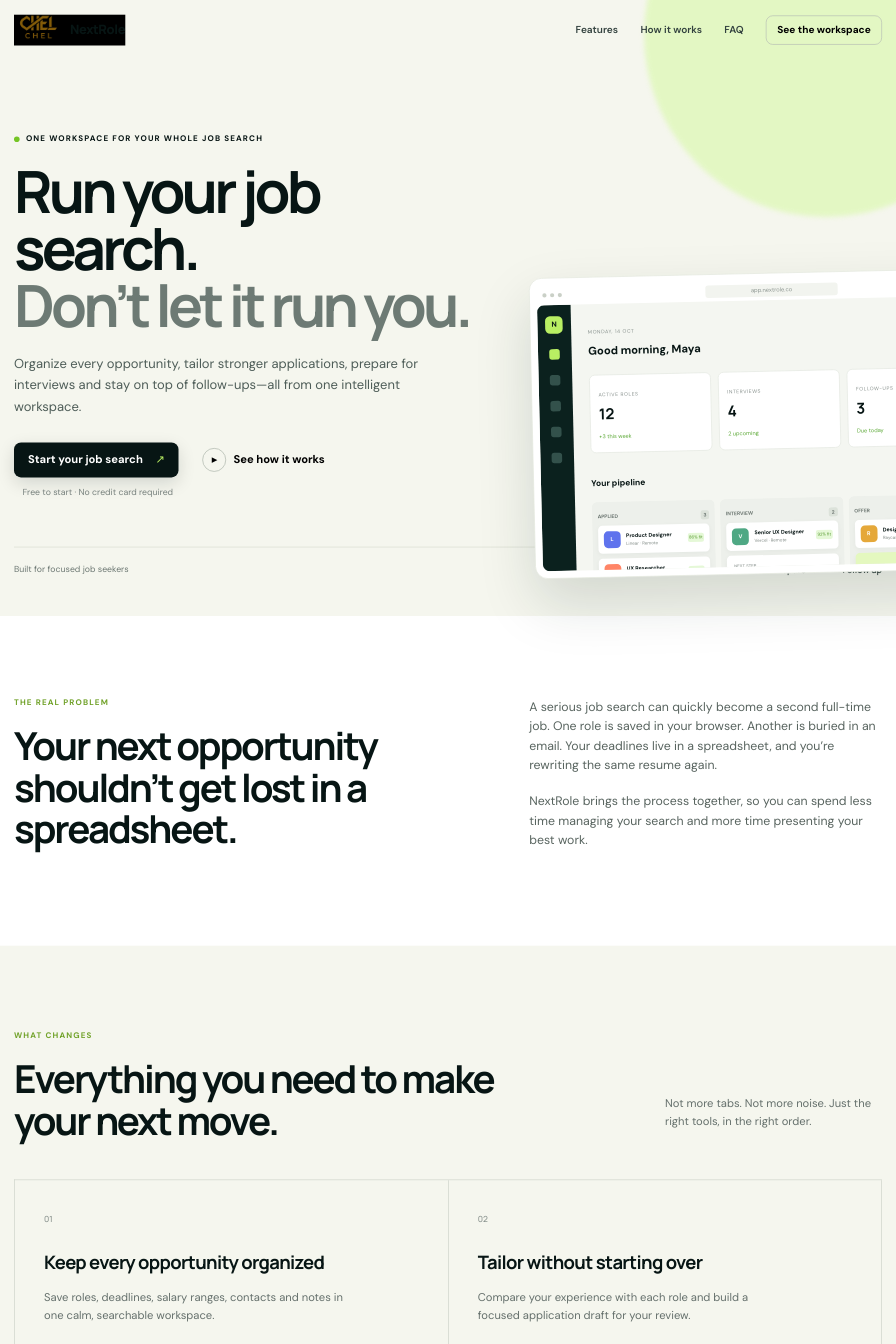
Repository: Lovethrech/NextRole-Nuxt-Portfolio
Page: /
These files come from the project's save history. The page is drawn as it stood at one moment and after the next save; the edit follows.
The browser window is 1280 px wide. The pictures show the part of the page from y = 0 to 1920 px (the page is 5240 px tall), at 70% of full size.
The project was rebuilt for these pictures with package versions that can differ from the ones it lists, and the page was loaded fresh each time. The framework's server and built-in components were replaced by stand-ins that run in the browser. Also part of the build but not shown: nuxt.config.js.

Above is the page before, as saved 2026-09-12 16:31:37.

After the next save:
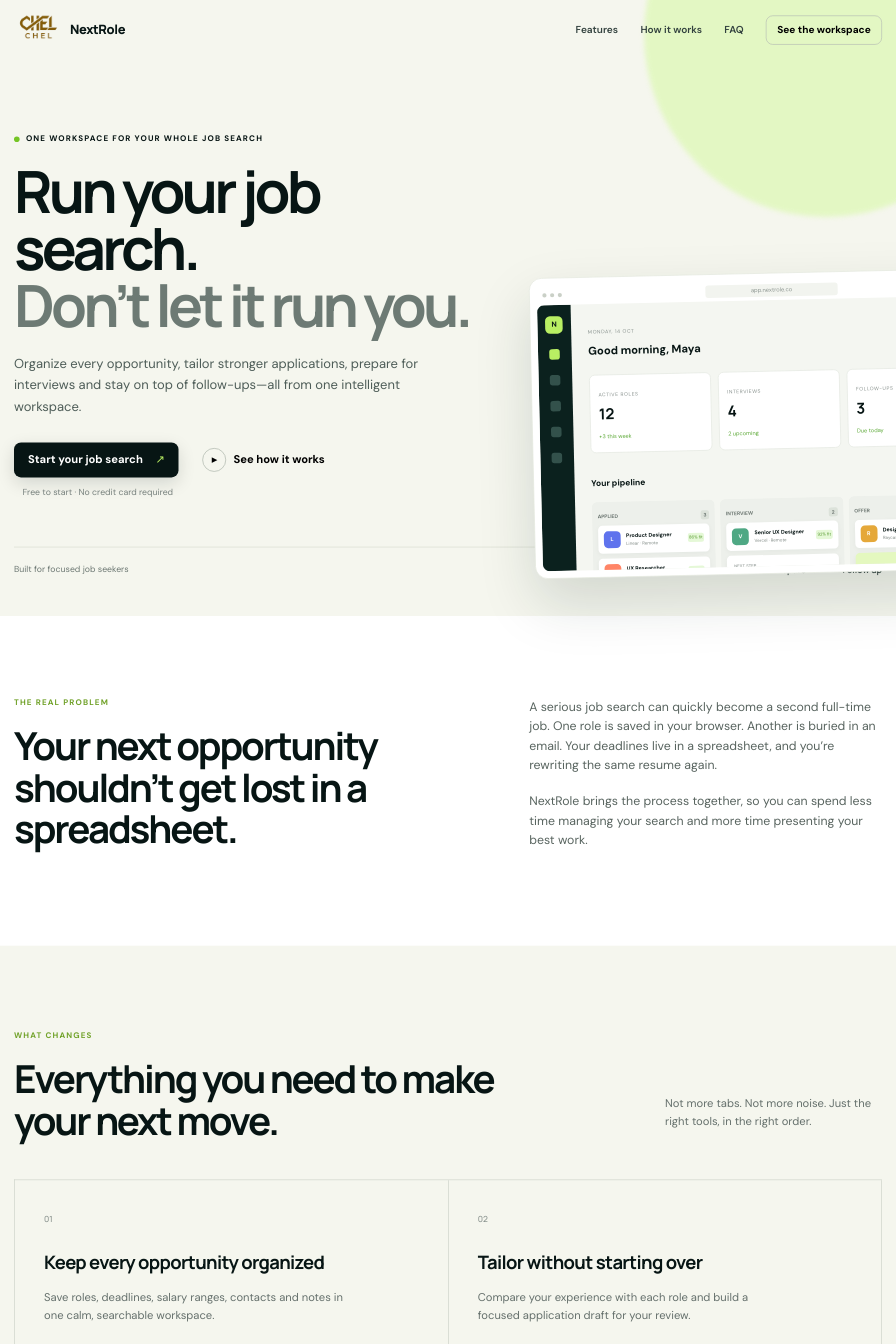
Saved 9 s later.
--- a/assets/css/main.css
+++ b/assets/css/main.css
@@ -66,7 +66,6 @@
 
 /* END */
 .brand{
-    background-color: #000000;
     display:flex;
     align-items:center;
     gap:10px;
